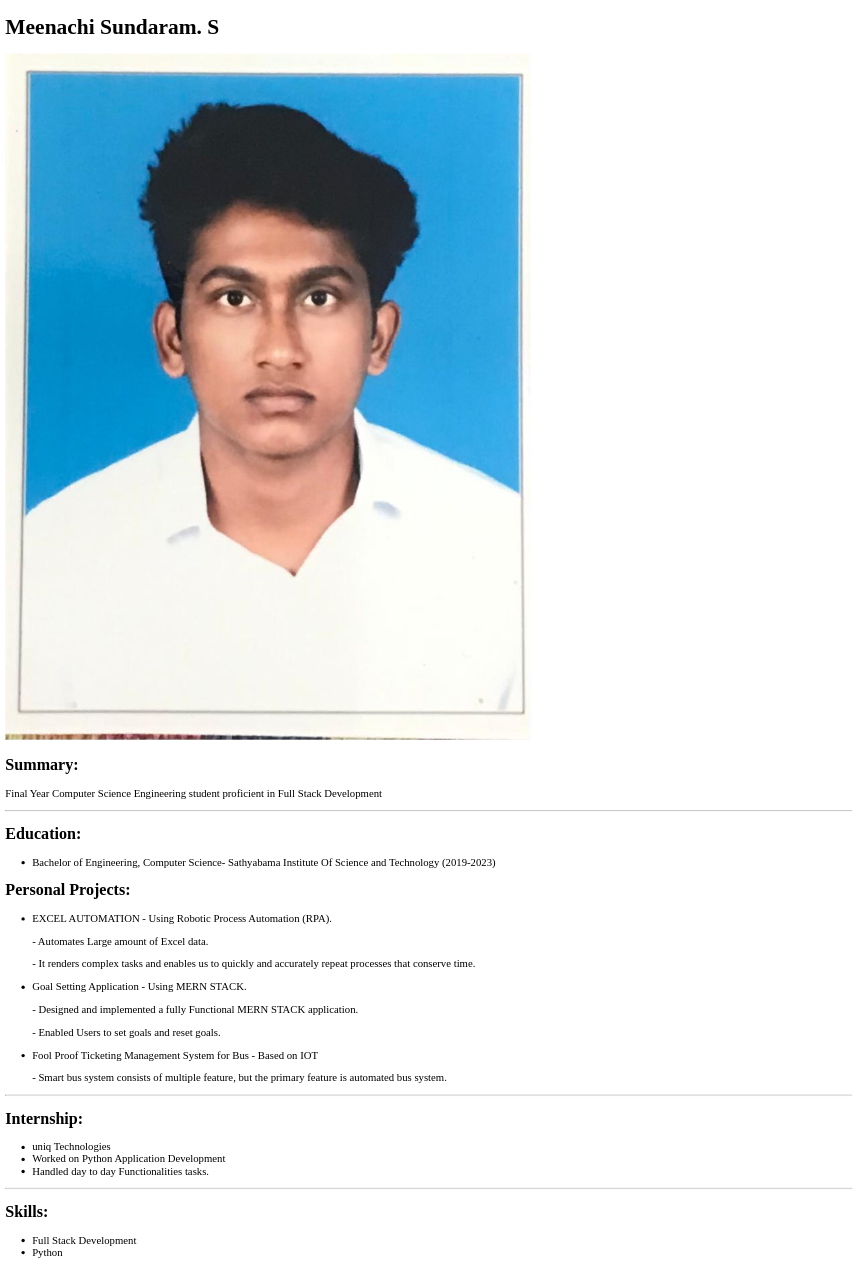
Repository: MeenachiSUNDARAM7/web-dev-projects
Page: resume page/index.html
The author's editor kept a copy of each file at every save. The page is drawn from the files as they stood at one save, then again after the next save.
The browser window is 1280 px wide. The pictures show the whole page, at 67% of full size.

Above is the page before, as saved 2023-07-05 19:44:52.

After the next save:
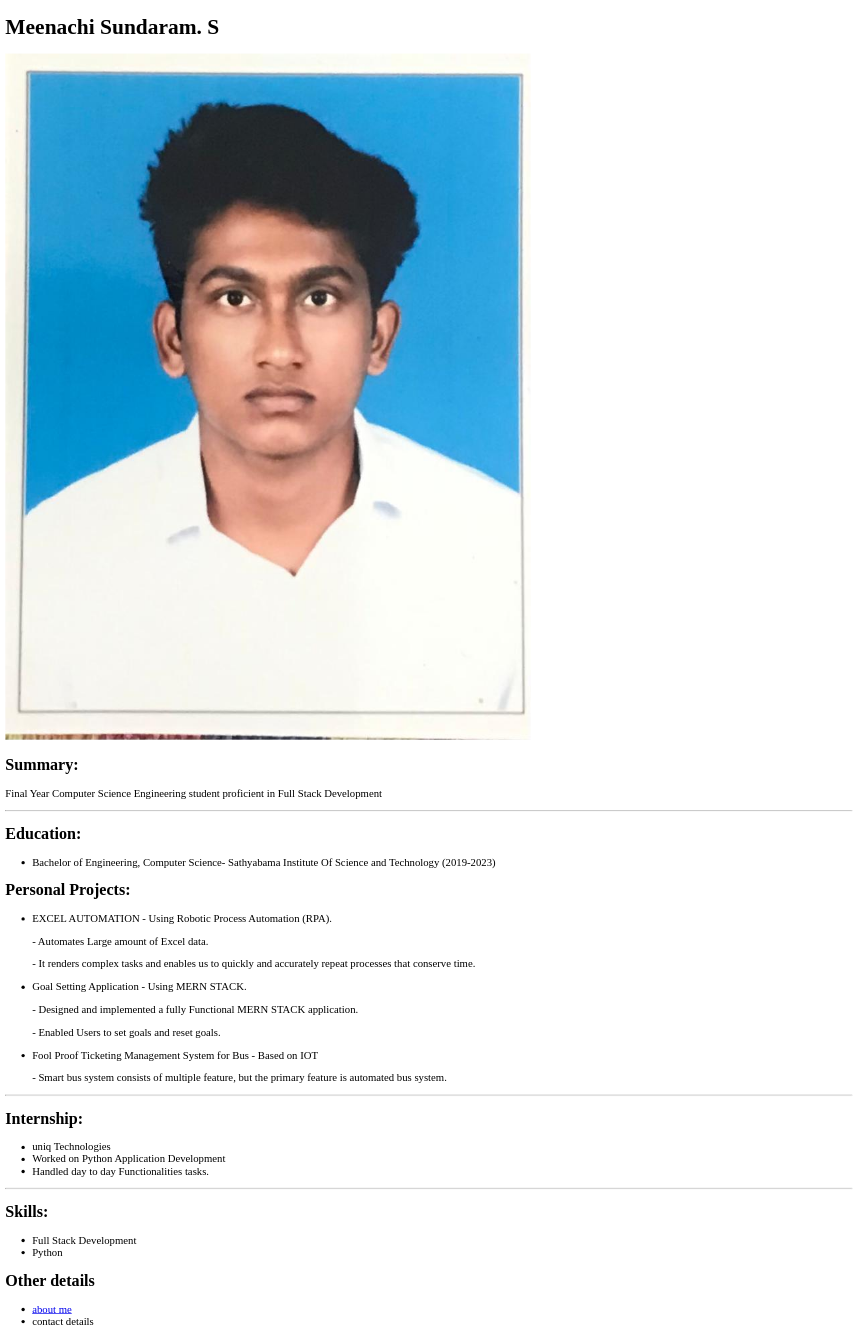
Saved 113 s later.
--- a/resume page/index.html
+++ b/resume page/index.html
@@ -47,6 +47,11 @@
         <li>Full Stack Development</li>
         <li>Python</li>
     </ul>
+    <h2>Other details</h2>
+    <ul>
+        <li><a href="./about.html">about me</a></li>
+        <li><a href="./contact.html"></a>contact details</li>
+    </ul>
 
 
 </body>
